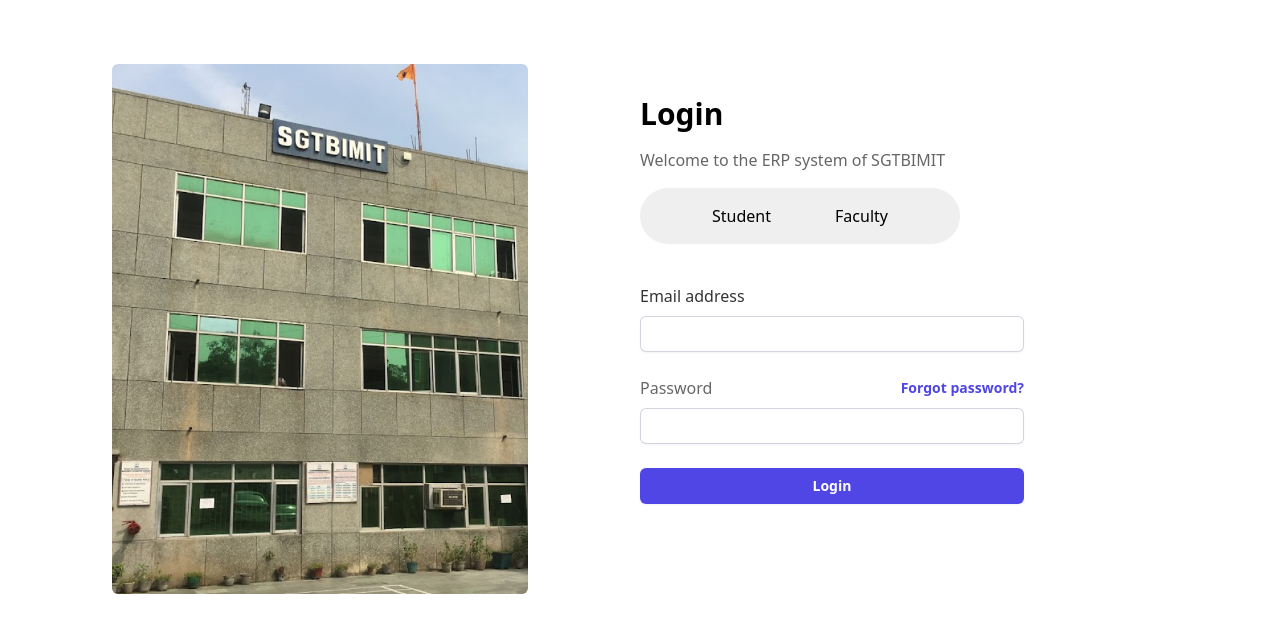
Repository: SehajBindra/SGTBIMIT-ERP-Client
Page: /StudentLogin
These files come from the project's save history. The page is drawn as it stood at one moment and after the next save; the edit follows.
The browser window is 1280 px wide. The pictures show the whole page.
The project was rebuilt for these pictures with package versions that can differ from the ones it lists, and the page was loaded fresh each time. Also part of the build but not shown: src/LOGIN/Login.js, src/LOGIN/FACULTY/FacultyLogin.js, src/STUDENT_PAGE/StuBody.js, src/STUDENT_PAGE/StuSidebar.js, src/STUDENT_PAGE/StuHeader.js, src/STUDENT_PAGE/StudentHome.js, src/FACULTY_PAGE/FacBody.js, src/FACULTY_PAGE/FacHeader.js and 2 more.

Above is the page before, as saved 2023-05-14 16:02:14.

### src/App.js
import React from 'react';
import { BrowserRouter as Router, Routes, Route } from "react-router-dom";
import './App.css';
import Login from './LOGIN/Login';
import StudentLogin from './LOGIN/STUDENT/StudentLogin';
import FacultyLogin from './LOGIN/FACULTY/FacultyLogin';
import StuBody from './STUDENT_PAGE/StuBody';
import StudentHome from './STUDENT_PAGE/StudentHome';
import StuSidebar from './STUDENT_PAGE/StuSidebar';
import StuHeader from './STUDENT_PAGE/StuHeader';
import FacBody from './FACULTY_PAGE/FacBody';
import FacHeader from './FACULTY_PAGE/FacHeader';
import FacSidebar from './FACULTY_PAGE/FacSidebar';
import FacultyHome from './FACULTY_PAGE/FacultyHome';
function App() {
  return (
    <div className="App">
      <Router>
        <Routes>
        <Route exact path="/" element={<Login />}></Route>
        <Route exact path="StudentLogin" element={<StudentLogin/>}></Route>
        <Route exact path="FacultyLogin" element={<FacultyLogin/>}></Route>
        <Route exact path="StuBody" element={<StuBody/>}></Route>
        <Route exact path="StuSidebar" element={<StuSidebar/>}></Route>
        <Route exact path="StuHeader" element={<StuHeader/>}></Route>
        <Route exact path="StudentHome" element={<StudentHome/>}></Route>
        <Route exact path="FacBody" element={<FacBody/>}></Route>
        <Route exact path="FacHeader" element={<FacHeader/>}></Route>
        <Route exact path="FacSidebar" element={<FacSidebar/>}></Route>
        <Route exact path="FacultyHome" element={<FacultyHome/>}></Route>
        </Routes>
      </Router>
    </div>
  );
}

export default App;

### src/LOGIN/STUDENT/StudentLogin.js
import React, { useEffect, useState } from "react";
import VisibilityIcon from "@mui/icons-material/Visibility";
import VisibilityOffIcon from "@mui/icons-material/VisibilityOff";

const StudentLogin = () => {
  const [translate, setTranslate] = useState(false);
  const [username, setUsername] = useState("");
  const [password, setPassword] = useState("");
  const [showPassword, setShowPassword] = useState(false);
  const [loading] = useState(false);

  useEffect(() => {
    setTimeout(() => {
      setTranslate(true);
    }, 1000);
  }, []);

  return (
    <div className=" grid grid-cols-4 h-[530px] my-16 mx-auto max-w-7xl ">
      <div className=" col-span-2">
        <img
          className="hidden md:inline h-[530px] object-cover rounded-md"
          src="/sgtb.jpg"
          alt="banner_image"
        />
      </div>

      <div className="bg-white text-left  col-span-2 my-8">
        <h2 className="text-3xl  font-semibold">Login</h2>
        <p className="text-black/60 my-4">
          Welcome to the ERP system of SGTBIMIT
        </p>

        <div
          className="flex  flex-row items-center  justify-center h-[56px] text-[#
            1B449C] bg-[#EEEE] max-w-xs  space-x-16 capitalize text-[16px] rounded-[32px]"
        >
          <p>student</p>
          <p className="">faculty</p>
        </div>

        <div>
          <div className="mt-10 text-[16px]  sm:w-full sm:max-w-sm">
            <form className="space-y-6" action="#" method="POST">
              <div>
                <label className="block text-left  font-normal leading-6 text-black/80">
                  Email address
                </label>
                <div className="mt-2">
                  <input
                    id="email"
                    name="email"
                    type="email"
                    autoComplete="email"
                    required
                    className="block w-full rounded-md border-0 py-1.5 text-gray-900 shadow-sm ring-1 ring-inset ring-gray-300 placeholder:text-gray-400 focus:ring-2 focus:ring-inset focus:ring-indigo-600 sm:text-sm sm:leading-6"
                  />
                </div>
              </div>

              <div>
                <div className="flex items-center justify-between">
                  <label
                    htmlFor="password"
                    className="block  font-normal leading-6 text-black/60"
                  >
                    Password
                  </label>
                  <div className="text-sm">
                    <a
                      href="#"
                      className="font-semibold text-indigo-600 hover:text-indigo-500"
                    >
                      Forgot password?
                    </a>
                  </div>
                </div>
                <div className="mt-2">
                  <input
                    id="password"
                    name="password"
                    type="password"
                    autoComplete="current-password"
                    required
                    className="block w-full rounded-md border-0 py-1.5 text-gray-900 shadow-sm ring-1 ring-inset ring-gray-300 placeholder:text-gray-400 focus:ring-2 focus:ring-inset focus:ring-indigo-600 sm:text-sm sm:leading-6"
                  />
                </div>
              </div>

              <div>
                <button
                  type="submit"
                  className="flex w-full justify-center rounded-md bg-indigo-600 px-3 py-1.5 text-sm font-semibold leading-6 text-white shadow-sm hover:bg-indigo-500 focus-visible:outline focus-visible:outline-2 focus-visible:outline-offset-2 focus-visible:outline-indigo-600"
                >
                  Login
                </button>
              </div>
            </form>
          </div>
        </div>
      </div>
    </div>
  );
};

export default StudentLogin;

### src/LOGIN/Login.css
*{
    margin: 0;
    padding: 0;
}
.display{
    min-height: 100vh;
    width: 100%;
    background-image: url("back.jpg");
    background-repeat: no-repeat;
    background-size: cover;
    background-position: center;
    position: relative;

}

Loaded but not shown: public/index.html (common file); src/index.js (common file); src/index.css (common file); src/App.css (common file); tailwind.config.js (common file)

After the next save:
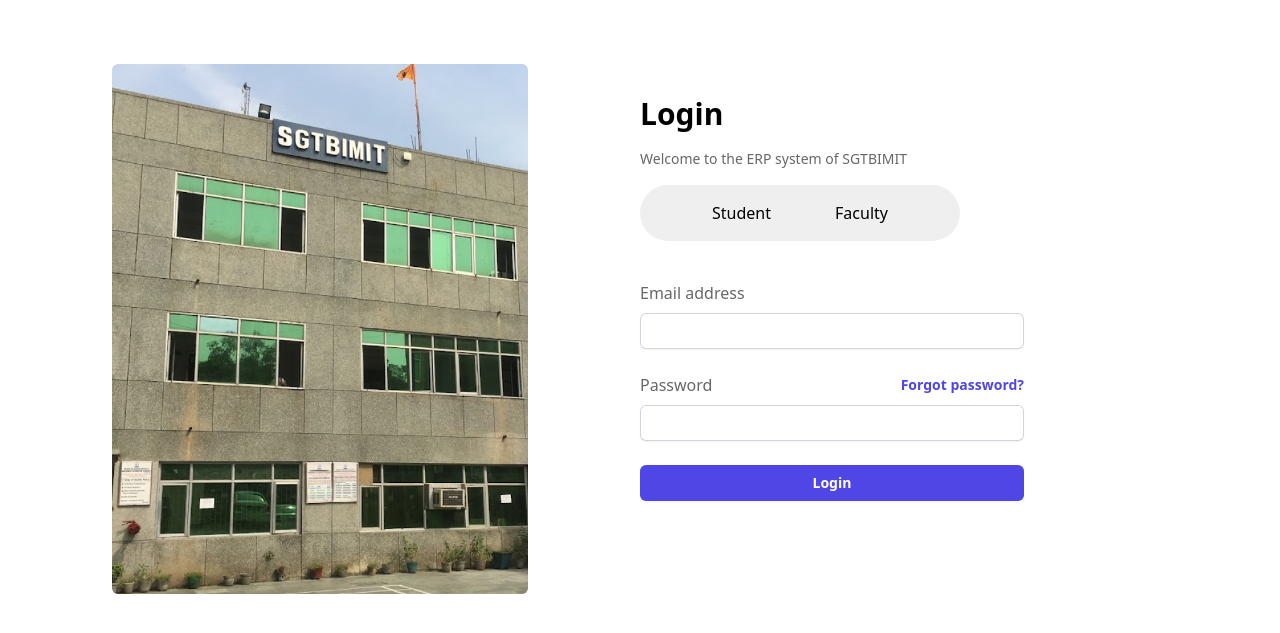
Saved 25 s later.
--- a/src/LOGIN/STUDENT/StudentLogin.js
+++ b/src/LOGIN/STUDENT/StudentLogin.js
@@ -27,7 +27,7 @@
 
       <div className="bg-white text-left  col-span-2 my-8">
         <h2 className="text-3xl  font-semibold">Login</h2>
-        <p className="text-black/60 my-4">
+        <p className="text-black/60 text-[14px] my-4">
           Welcome to the ERP system of SGTBIMIT
         </p>
 
@@ -43,7 +43,7 @@
           <div className="mt-10 text-[16px]  sm:w-full sm:max-w-sm">
             <form className="space-y-6" action="#" method="POST">
               <div>
-                <label className="block text-left  font-normal leading-6 text-black/80">
+                <label className="block text-left  font-normal leading-6 text-black/60">
                   Email address
                 </label>
                 <div className="mt-2">
